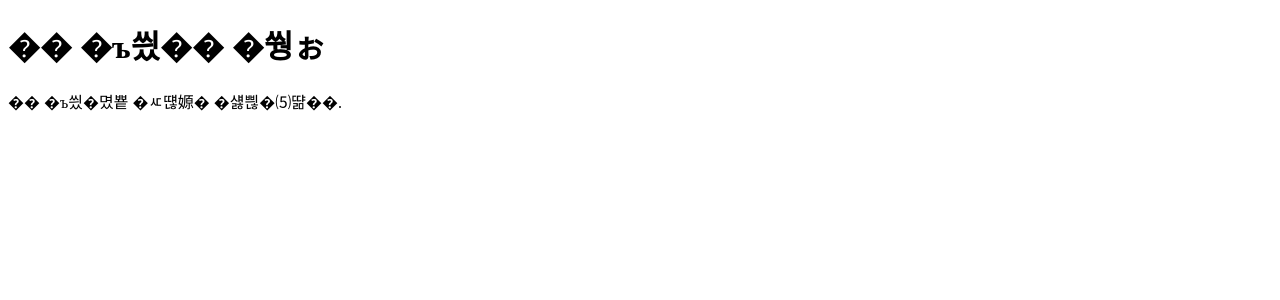
Repository: ks31030/SPRINGBOOT-WORKSPACE
Page: springboot-workplace/springTestProject-1/src/main/resources/static/Header.html
An editor plug-in stored every save of this project. The page is shown before and after the next save, followed by the edit.
The browser window is 1280 px wide. The pictures show the whole page.

Above is the page before, as saved 2023-11-21 05:23:39.

### springboot-workplace/springTestProject-1/src/main/resources/static/Header.html
<!DOCTYPE html>
<html>
<head>
<meta charset="EUC-KR">
<title>머릿말</title>
</head>
<body>
	<h1> 웹 사이트 제목</h1>
	<p>웹 사이트에 오신걸 환영합니다.</p>
</body>
</html>

After the next save:
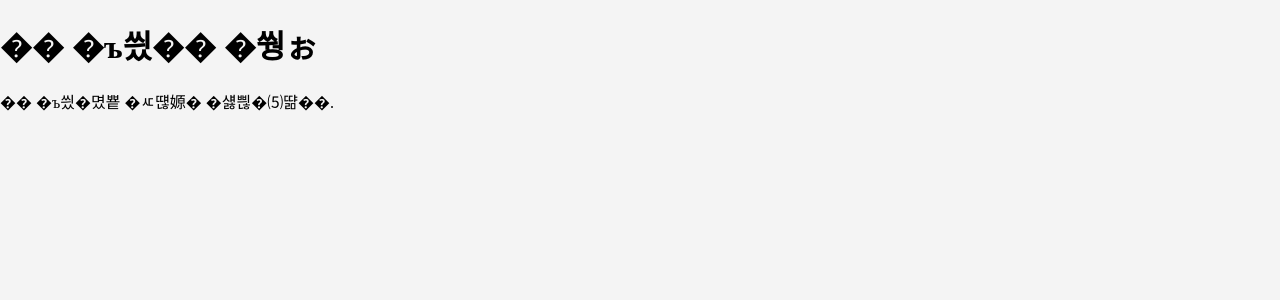
Saved 50 s later.
--- a/springboot-workplace/springTestProject-1/src/main/resources/static/Header.html
+++ b/springboot-workplace/springTestProject-1/src/main/resources/static/Header.html
@@ -5,6 +5,14 @@
 <title>머릿말</title>
 </head>
 <body>
+	<style>
+		body {
+			margin: 0;
+			padding: 0;
+			background-color: #f4f4f4;
+		}
+
+	</style>
 	<h1> 웹 사이트 제목</h1>
 	<p>웹 사이트에 오신걸 환영합니다.</p>
 </body>
